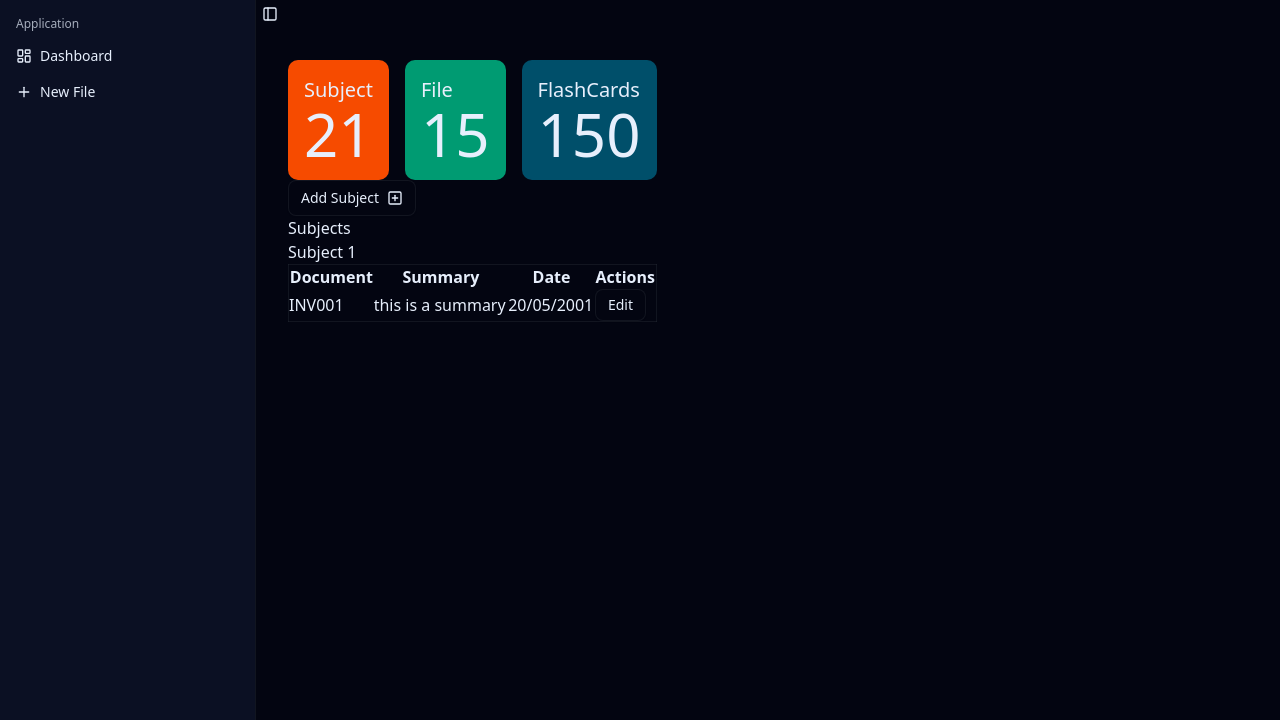
Repository: SywarDer/Student-Assistance
Page: /dashboard (app in student-assistant/)
An editor plug-in stored every save of this project. The page is shown before and after the next save, followed by the edit.
The browser window is 1280 px wide. The pictures show the whole page.
The project was rebuilt for these pictures with package versions that can differ from the ones it lists, and the page was loaded fresh each time. The framework's server and built-in components were replaced by stand-ins that run in the browser. Also part of the build but not shown: student-assistant/next.config.ts, student-assistant/components/ui/input.tsx, student-assistant/components/ui/separator.tsx, student-assistant/components/ui/skeleton.tsx. Imported but missing from the stored project, and not drawn on this page: student-assistant/components/ui/sheet.

Above is the page before, as saved 2025-10-30 20:33:07.

After the next save:
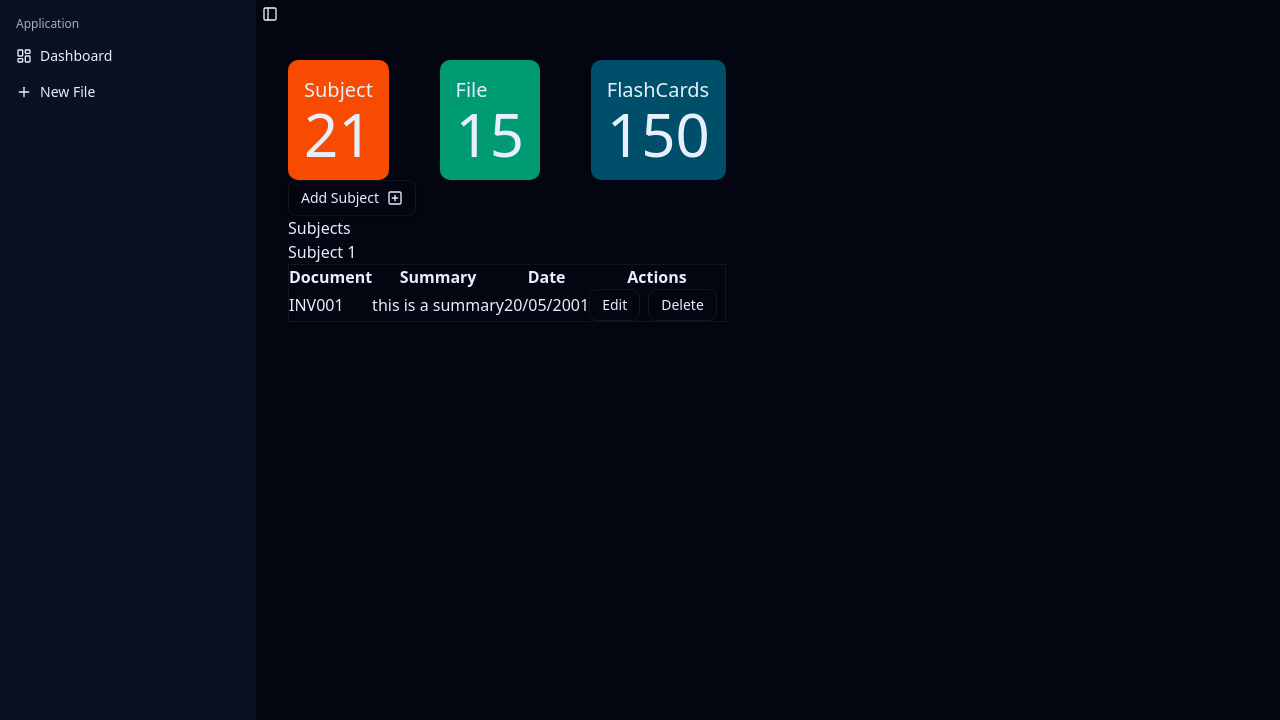
Saved 2 s later.
--- a/student-assistant/app/dashboard/page.tsx
+++ b/student-assistant/app/dashboard/page.tsx
@@ -14,6 +14,7 @@ export default function Dashboard() {
             summary: "this is a summary",
             actions: <div>
                 <Button variant="outline" size="sm" className="mr-2">Edit</Button>
+                <Button variant="outline" size="sm" className="mr-2">Delete</Button>
             </div>,
         }
     ]
